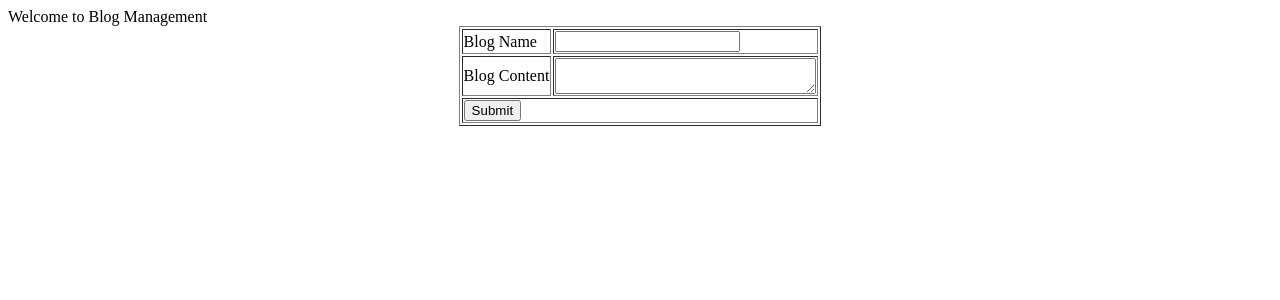
Repository: einkal/Collaboration-Project-DT-
Page: Collaboration-Project-DT-/FREYA/FreyaFrontend/WebContent/c_blog/blog.html
An editor plug-in stored every save of this project. The page is shown before and after the next save, followed by the edit.
The browser window is 1280 px wide. The pictures show the whole page.

Above is the page before, as saved 2018-03-25 11:25:10.

### Collaboration-Project-DT-/FREYA/FreyaFrontend/WebContent/c_blog/blog.html
<div>
Welcome to Blog Management
<form id="blogform" method="post">
<table align="center""width="80%" border="1">
<tr>
	<td>Blog Name </td>
	<td><input type="text" name="blogName" ng-model="blog.blogName"/></td>
	</tr>
	<tr>
	<td>Blog Content </td>
	<td> <textarea cols="30" row="10" name="blogContent" ng-model="blog.blogContent"></textarea></td>
	</tr>
	<tr>
	<td colspan="2"><center"><input type="submit""value="Inser Blog"></center></td>
</tr>


</table>


</form>
</div>

After the next save:
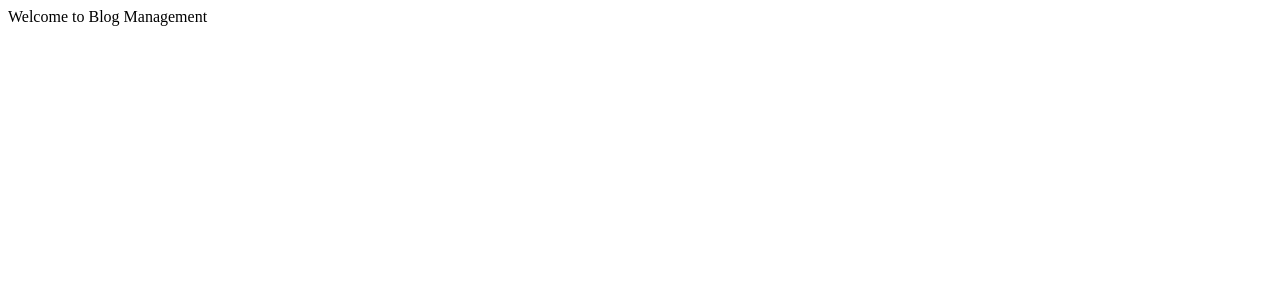
Saved 38 min 28 s later.
--- a/Collaboration-Project-DT-/FREYA/FreyaFrontend/WebContent/c_blog/blog.html
+++ b/Collaboration-Project-DT-/FREYA/FreyaFrontend/WebContent/c_blog/blog.html
@@ -1,22 +1,4 @@
 <div>
 Welcome to Blog Management
-<form id="blogform" method="post">
-<table align="center""width="80%" border="1">
-<tr>
-	<td>Blog Name </td>
-	<td><input type="text" name="blogName" ng-model="blog.blogName"/></td>
-	</tr>
-	<tr>
-	<td>Blog Content </td>
-	<td> <textarea cols="30" row="10" name="blogContent" ng-model="blog.blogContent"></textarea></td>
-	</tr>
-	<tr>
-	<td colspan="2"><center"><input type="submit""value="Inser Blog"></center></td>
-</tr>
 
-
-</table>
-
-
-</form>
 </div>

After the save that followed:
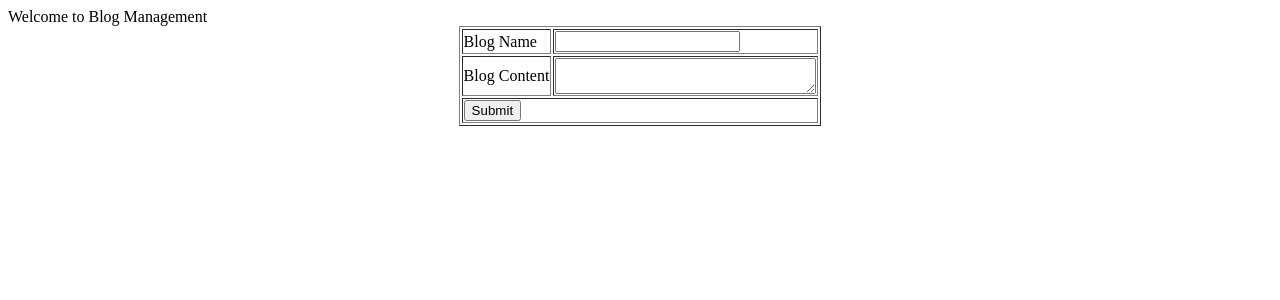
Saved 20 s later.
--- a/Collaboration-Project-DT-/FREYA/FreyaFrontend/WebContent/c_blog/blog.html
+++ b/Collaboration-Project-DT-/FREYA/FreyaFrontend/WebContent/c_blog/blog.html
@@ -1,4 +1,22 @@
 <div>
 Welcome to Blog Management
+<form id="blogform" method="post">
+<table align="center""width="80%" border="1">
+<tr>
+	<td>Blog Name </td>
+	<td><input type="text" name="blogName" ng-model="blog.blogName"/></td>
+	</tr>
+	<tr>
+	<td>Blog Content </td>
+	<td> <textarea cols="30" row="10" name="blogContent" ng-model="blog.blogContent"></textarea></td>
+	</tr>
+	<tr>
+	<td colspan="2"><center"><input type="submit""value="Inser Blog"></center></td>
+</tr>
 
+
+</table>
+
+
+</form>
 </div>
